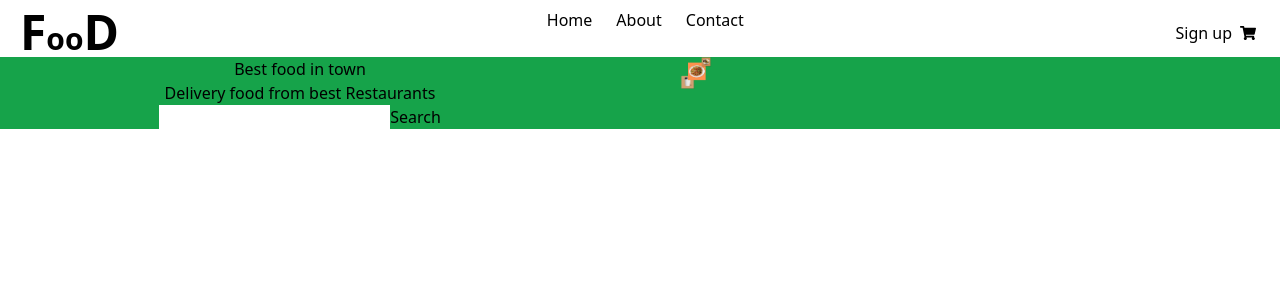
Repository: KhushiCode14/FoodWeb
Page: /
The author's editor kept a copy of each file at every save. The page is drawn from the files as they stood at one save, then again after the next save.
The browser window is 1280 px wide. The pictures show the whole page.
The project was rebuilt for these pictures with package versions that can differ from the ones it lists, and the page was loaded fresh each time. Also part of the build but not shown: src/components/Home/SignUp.tsx, src/components/Home/SignIn.tsx.

Above is the page before, as saved 2024-09-19 19:06:44.

After the next save:
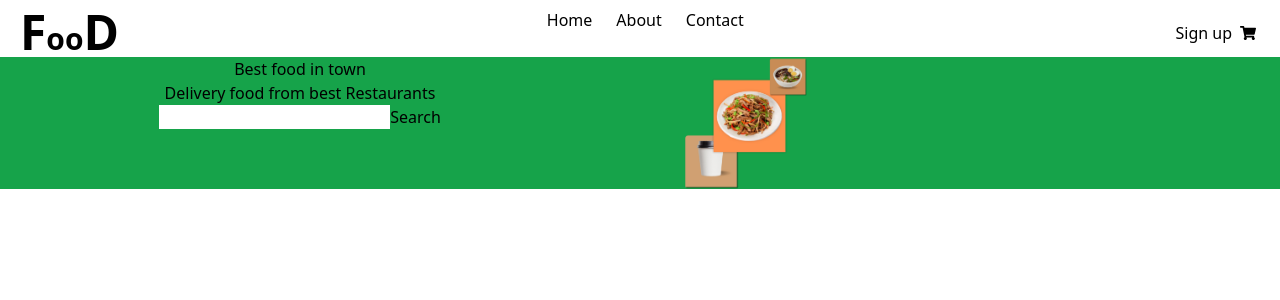
Saved 6 s later.
--- a/src/Pages/Home.tsx
+++ b/src/Pages/Home.tsx
@@ -12,7 +12,7 @@ const Home: React.FC = () => {
         </div>
       </div>
       <div className="w-1/2" >
-        <img src={food} alt="logo" width={32} />
+        <img src={food} alt="logo" width={132} />
       </div>
     </div>
   )
